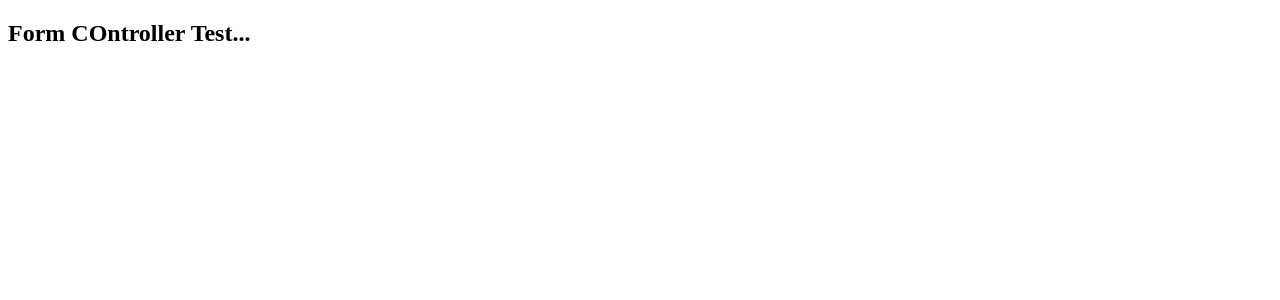
Repository: Niftrone/Framework
Page: work07_boot/boot03_Form/src/main/webapp/Form.html
The author's editor kept a copy of each file at every save. The page is drawn from the files as they stood at one save, then again after the next save.
The browser window is 1280 px wide. The pictures show the whole page.

Above is the page before, as saved 2025-07-14 00:46:04.

After the next save:
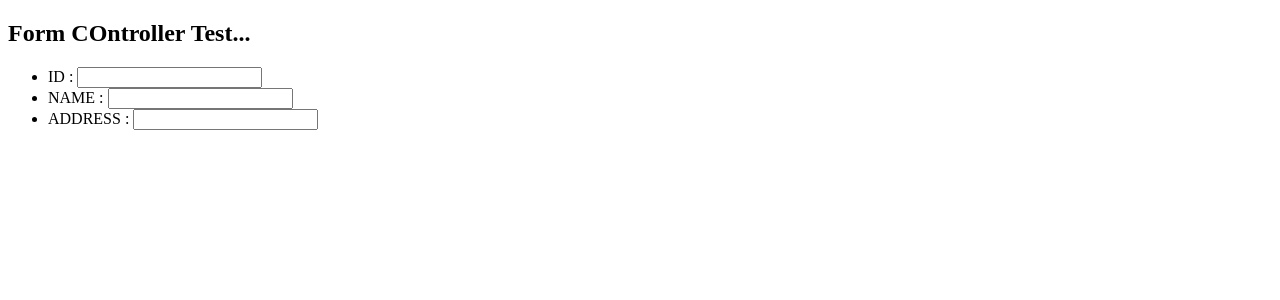
Saved 56 s later.
--- a/work07_boot/boot03_Form/src/main/webapp/Form.html
+++ b/work07_boot/boot03_Form/src/main/webapp/Form.html
@@ -6,6 +6,12 @@
 </head>
 <body>
 <h2>Form COntroller Test...</h2>
-<form action="form"></form>
+<form action="form">
+<ul>
+	<li>ID : <input type="text" name="userID"/></li>
+	<li>NAME : <input type="text" name="userID"/></li>
+	<li>ADDRESS : <input type="text" name="userID"/></li>
+</ul>
+</form>
 </body>
 </html>
